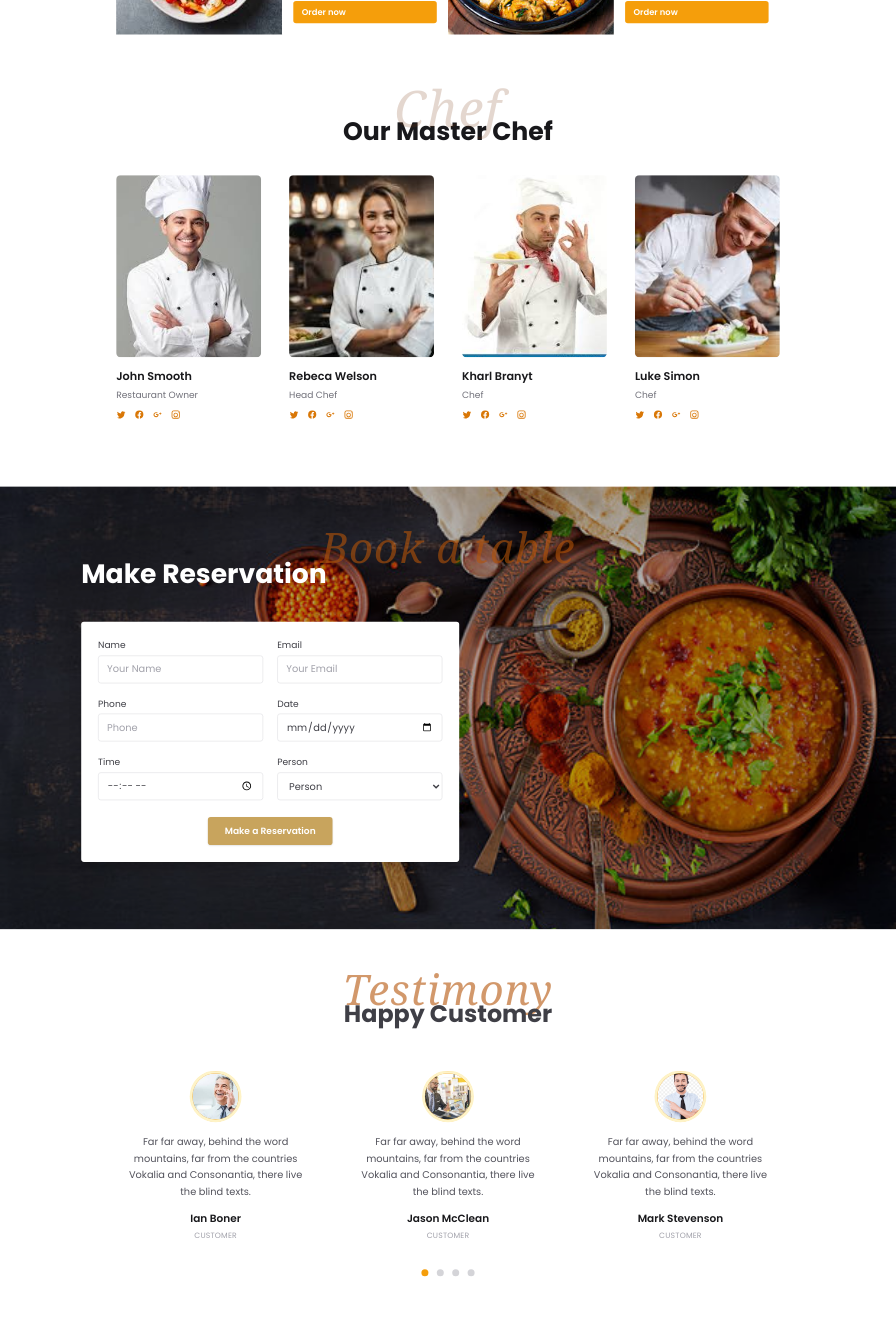
Repository: Purniagithub/Benttacproject
Page: /
The author's editor kept a copy of each file at every save. The page is drawn from the files as they stood at one save, then again after the next save.
The browser window is 1280 px wide. The pictures show the part of the page from y = 2415 to 4335 px (the page is 4335 px tall before and 4299 px after), at 70% of full size.
Some web fonts or font styles are not loaded; a fallback is used. The project was rebuilt for these pictures with package versions that can differ from the ones it lists, and the page was loaded fresh each time. Also part of the build but not shown: vite.config.js.

Above is the page before, as saved 2025-08-21 19:52:36.

### index.html
<!doctype html>
<html lang="en">
  <head>
    <meta charset="UTF-8" />
    <link rel="icon" type="image/svg+xml" href="/vite.svg" />
    <link href="https://fonts.googleapis.com/css2?family=Playfair+Display:ital,wght@1,500&family=Poppins:wght@400;600;700&display=swap" rel="stylesheet">
    <link rel="preconnect" href="https://fonts.gstatic.com" crossorigin>
<link href="https://fonts.googleapis.com/css2?family=Playfair+Display:ital,wght@1,400;1,600&display=swap" rel="stylesheet">

    <meta name="viewport" content="width=device-width, initial-scale=1.0" />
    <title>Vite + React</title>
  </head>
  <body>
    <div id="root"></div>
    <script type="module" src="/src/main.jsx"></script>
  </body>
</html>

### src/App.jsx
import React from "react";
import Navbar from "./components/Navbar";
import Hero from "./components/Hero";

function App() {
  return (
    <div className="font-poppins">
      <Navbar />
      <Hero />
    </div>
  );
}

export default App;

### src/components/Navbar.jsx
import React from "react";

const Navbar = () => {
  return (
    <header className="absolute top-0 left-0 w-full z-50">
      {/* Top bar */}
      <div className="flex justify-between items-center bg-black bg-opacity-70 text-white text-sm px-6 py-2">
        <div className="flex space-x-6">
          <span>📞 +1235 2355 98</span>
          <span>✉️ youremail@email.com</span>
        </div>
        <span>Open hours: Monday - Sunday 8:00AM - 9:00PM</span>
      </div>

      {/* Main Navbar */}
      <nav className="flex justify-between items-center bg-black bg-opacity-60 text-white px-8 py-4">
        <h1 className="text-xl font-bold">Feliciano</h1>
        <ul className="flex space-x-8 font-medium">
          <li><a href="#" className="hover:text-yellow-400">Home</a></li>
          <li><a href="#" className="hover:text-yellow-400">About</a></li>
          <li><a href="#" className="hover:text-yellow-400">Menu</a></li>
          <li><a href="#" className="hover:text-yellow-400">Stories</a></li>
          <li><a href="#" className="hover:text-yellow-400">Contact</a></li>
        </ul>
        <button className="bg-yellow-600 hover:bg-yellow-700 px-5 py-2 rounded text-black font-semibold">
          Book a table
        </button>
      </nav>
    </header>
  );
};

export default Navbar;

### src/components/Hero.jsx
import React from "react";
import AboutSection from "../components/AboutSection";
import CateringServices from "./CateringServices";
import MenuTightGrid from "../components/MenuTightGrid";
import MasterChef from "../components/MasterChef";
import ReservationTestimonials from "../components/ReservationTestimonials";
const dishes = [
  { id: 1, name: "Grilled Beef with potatoes", desc: "Meat, Potatoes, Rice, Tomato", img: "/dish-1.jpeg" },
  { id: 2, name: "Grilled Beef with potatoes", desc: "Meat, Potatoes, Rice, Tomato", img: "/dish-2.jpeg" },
  { id: 3, name: "Grilled Beef with potatoes", desc: "Meat, Potatoes, Rice, Tomato", img: "/dish-3.jpeg" },
  { id: 4, name: "Grilled Beef with potatoes", desc: "Meat, Potatoes, Rice, Tomato", img: "/dish-4.jpeg" },
];

const Hero = () => {
  return (
    <>
    <section
      className="relative h-[80vh] bg-cover bg-center flex flex-col justify-center items-center text-white px-4"
      style={{ backgroundImage: "url('/img-4.jpeg')" }}
    >
      {/* Dark overlay */}
      <div className="absolute inset-0 bg-black/70"></div>

      {/* Headings */}
      <div className="relative z-10 text-center mt-20 md:mt-32 lg:mt-40">
        <h2 className="text-3xl md:text-4xl lg:text-5xl font-serif italic text-[#CDA45E]">
          Feliciano
        </h2>
        <h1 className="text-4xl md:text-5xl lg:text-7xl font-extrabold tracking-wide mt-3 md:mt-4 uppercase">
          Best Restaurant
        </h1>
      </div>

      {/* Dish Cards */}
      <div className="relative z-10 grid grid-cols-1 sm:grid-cols-2 md:grid-cols-4 gap-10 md:gap-16 lg:gap-20 mt-16 md:mt-24 lg:mt-32">
        {dishes.map((dish) => (
          <div key={dish.id} className="text-center max-w-[220px] mx-auto">
            <img
              src={dish.img}
              alt={dish.name}
              className="w-24 h-24 md:w-28 md:h-28 object-cover rounded-full mx-auto border-4 border-white shadow-lg"
            />
            <h3 className="mt-3 font-semibold text-base md:text-lg whitespace-nowrap">
              {dish.name}
            </h3>
            <p className="text-xs md:text-sm text-gray-300">{dish.desc}</p>
          </div>
        ))}
      </div>
    </section>
     {/* Other sections */}
     <AboutSection />
     <CateringServices />
     <MenuTightGrid tileHeight={210} containerWidth={980} />
     <MasterChef />
     <ReservationTestimonials />

</>
  );
};

export default Hero;

### src/components/AboutSection.jsx
// src/components/AboutSection.jsx
import React from "react";

export default function AboutSection() {
  return (
    <section className="w-full bg-white py-16">
      <div className="max-w-5xl mx-auto text-center">
        {/* Top Grid (Images + Content) */}
        <div className="grid grid-cols-1 lg:grid-cols-2 gap-8 items-center">
          {/* Left Images */}
          <div className="flex justify-center gap-4">
            <img
              src="/chef-1.jpeg"
              alt="Chef serving"
              className="shadow-md object-cover h-[280px] w-[180px]"
            />
            <img
              src="/chef-5.jpeg"
              alt="Cooking food"
              className="shadow-md object-cover h-[280px] w-[180px] mt-8"
            />
          </div>

          {/* Right Content */}
          <div className="text-left lg:text-left">
            <h3 className="text-lg font-serif italic text-[#CDA45E] relative mb-2">
              <span className="absolute -left-6 top-0 text-5xl text-gray-200 opacity-40">
                About
              </span>
              About Us
            </h3>
            <h2 className="text-4xl font-bold text-gray-900 mb-4 tracking-wide">
              Feliciano Restaurant
            </h2>
            <p className="text-gray-600 mb-4 leading-relaxed">
              A small river named Duden flows by their place and supplies it
              with the necessary regelialia. It is a paradisematic country, in
              which roasted parts of sentences fly into your mouth.
            </p>

            <p className="text-gray-700 mb-2">
              Mon - Fri <span className="font-bold">8 AM - 11 PM</span>
            </p>
            <p className="text-2xl font-bold text-[#CDA45E]">
              +1-978-123-4567
            </p>
          </div>
        </div>

        {/* Stats Section */}
        <div className="grid grid-cols-2 sm:grid-cols-5 gap-4 mt-16 pt-10">
          <div className="text-center">
            <h4 className="text-3xl font-bold text-[#CDA45E]">18</h4>
            <p className="text-sm text-gray-600">Years of Experience</p>
          </div>
          <div className="text-center">
            <h4 className="text-3xl font-bold text-[#CDA45E]">100</h4>
            <p className="text-sm text-gray-600">Menus/Dish</p>
          </div>
          <div className="text-center">
            <h4 className="text-3xl font-bold text-[#CDA45E]">50</h4>
            <p className="text-sm text-gray-600">Staffs</p>
          </div>
          <div className="text-center">
            <h4 className="text-3xl font-bold text-[#CDA45E]">15,000</h4>
            <p className="text-sm text-gray-600">Happy Customers</p>
          </div>
          <div className="text-center text-xs line-clamp-5">
            <p className="text-xs text-gray-600">A small river named Duden flows by their place and supplies it
              with the necessary regelialia. It is a paradisematic country, in
              which roasted parts of sentences fly into your mouth.</p>
          </div>
        </div>
      </div>
    </section>
  );
}

### src/components/CateringServices.jsx
import React from "react";

function IconCake(props) {
  return (
    <svg viewBox="0 0 24 24" aria-hidden="true" {...props}>
      <g fill="none" stroke="currentColor" strokeWidth="1.6" strokeLinecap="round" strokeLinejoin="round">
        <path d="M12 3v3" />
        <path d="M9 6a3 3 0 1 0 6 0" />
        <path d="M6 12h12" />
        <path d="M6 12v7a2 2 0 0 0 2 2h8a2 2 0 0 0 2-2v-7" />
      </g>
    </svg>
  );
}

function IconMeeting(props) {
  return (
    <svg viewBox="0 0 24 24" aria-hidden="true" {...props}>
      <g fill="none" stroke="currentColor" strokeWidth="1.6" strokeLinecap="round" strokeLinejoin="round">
        <path d="M7 7h10M7 12h7" />
        <path d="M3 18a2 2 0 0 0 2 2h14a2 2 0 0 0 2-2V6a2 2 0 0 0-2-2H5a2 2 0 0 0-2 2z" />
      </g>
    </svg>
  );
}

function IconCloche(props) {
  return (
    <svg viewBox="0 0 24 24" aria-hidden="true" {...props}>
      <g fill="none" stroke="currentColor" strokeWidth="1.6" strokeLinecap="round" strokeLinejoin="round">
        <path d="M12 7a1.5 1.5 0 1 0 0-3 1.5 1.5 0 0 0 0 3z" />
        <path d="M4 16a8 8 0 1 1 16 0" />
        <path d="M4 16h16" />
      </g>
    </svg>
  );
}

const cards = [
  {
    title: "Birthday Party",
    text:
      "Even the all‑powerful Pointing has no control about the blind texts it is an almost unorthographic.",
    Icon: IconCake,
  },
  {
    title: "Business Meetings",
    text:
      "Even the all‑powerful Pointing has no control about the blind texts it is an almost unorthographic.",
    Icon: IconMeeting,
  },
  {
    title: "Wedding Party",
    text:
      "Even the all‑powerful Pointing has no control about the blind texts it is an almost unorthographic.",
    Icon: IconCloche,
  },
];

export default function CateringServices({
  id = "services",
  heading = "Catering Services",
  accent = "Services",
}) {
  return (
    <section id={id} className="relative isolate bg-gray-50 py-24 sm:py-28">
      {/* Accent word behind heading */}
      <div aria-hidden className="pointer-events-none absolute inset-x-0 -top-1 sm:top-0 text-center">
        <span className="select-none font-serif italic tracking-wide text-amber-900/15 text-7xl sm:text-8xl md:text-[96px] leading-none">
          {accent}
        </span>
      </div>

      <div className="mx-auto max-w-[1200px] px-4">
        {/* Main heading */}
        <h2 className="text-center text-[34px] sm:text-[38px] md:text-[44px] font-extrabold tracking-tight text-zinc-900 -mt-12">
          {heading}
        </h2>

        {/* Cards */}
        <div className="mt-14 grid grid-cols-1 md:grid-cols-3 gap-12 md:gap-16">
          {cards.map(({ title, text, Icon }) => (
            <article key={title} className="text-center">
              <div className="mx-auto mb-6 flex h-16 w-16 items-center justify-center rounded-full bg-amber-50 ring-1 ring-amber-100 text-amber-600">
                <Icon className="h-8 w-8" />
              </div>
              <h3 className="text-[20px] font-semibold text-zinc-900">{title}</h3>
              <p className="mt-3 mx-auto max-w-[340px] text-[15px] leading-7 text-zinc-500">
                {text}
              </p>
            </article>
          ))}
        </div>
      </div>
    </section>
  );
}

### src/components/MenuTightGrid.jsx
import React from "react";

const tiles = [
  // Row 1
  { type: "image", src: "/dish-1.jpeg", alt: "Dish 1" },
  { type: "card",  title: "Grilled Beef\nwith potatoes", price: 29, lines: ["Meat, Potatoes, Rice,", "Tomatoe"] },
  { type: "image", src: "/dish-2.jpeg", alt: "Dish 2" },
  { type: "card",  title: "Grilled Beef\nwith potatoes", price: 29, lines: ["Meat, Potatoes, Rice,", "Tomatoe"] },
  // Row 2
  { type: "card",  title: "Grilled Beef\nwith potatoes", price: 29, lines: ["Meat, Potatoes, Rice,", "Tomatoe"] },
  { type: "image", src: "/dish-3.jpeg", alt: "Dish 3" },
  { type: "card",  title: "Grilled Beef\nwith potatoes", price: 29, lines: ["Meat, Potatoes, Rice,", "Tomatoe"] },
  { type: "image", src: "/dish-4.jpeg", alt: "Dish 5" },
  // Row 3
  { type: "image", src: "/dish-5.jpeg", alt: "Dish 6" },
  { type: "card",  title: "Grilled Beef\nwith potatoes", price: 29, lines: ["Meat, Potatoes, Rice,", "Tomatoe"] },
  { type: "image", src: "/dish-6.jpeg", alt: "Dish 6" },
  { type: "card",  title: "Grilled Beef\nwith potatoes", price: 29, lines: ["Meat, Potatoes, Rice,", "Tomatoe"] },
];

function Price({ value }) {
  return <span className="text-[16px] font-semibold text-amber-600">{`$${value}`}</span>;
}

function OrderBtn() {
  return (
    <button className="inline-flex h-8 items-center rounded bg-amber-500 px-3 text-xs font-semibold text-white hover:bg-amber-600">
      Order now
    </button>
  );
}

function Card({ title, price, lines }) {
  return (
    // NO outer padding or margin; fill the grid cell entirely
    <div className="h-full w-full bg-white">
      {/* Internal spacing for the card content only */}
      <article className="flex h-full w-full flex-col justify-between p-4">
        <div>
          <div className="flex items-start justify-between gap-3">
            <h3 className="whitespace-pre-line text-[16px] font-semibold leading-6 text-zinc-900">
              {title}
            </h3>
            <Price value={price} />
          </div>
          <ul className="mt-2 space-y-0.5 text-[13px] leading-6 text-zinc-600">
            {lines.map((t, i) => (
              <li key={i}>{t}</li>
            ))}
          </ul>
        </div>
        <OrderBtn />
      </article>
    </div>
  );
}

function TileImage({ src, alt }) {
  return (
    // NO padding/margin; image covers the tile
    <div className="h-full w-full">
      <img src={src} alt={alt} className="h-full w-full object-cover" loading="lazy" />
    </div>
  );
}

export default function MenuTightGrid({
  id = "menu",
  heading = "Our Menu",
  accent = "Specialties",
  data = tiles,
  // Adjust these two to tune exact size
  tileHeight = 210,      // each tile’s fixed height (px)
  containerWidth = 980,  // overall section width (px)
}) {
  return (
    <section id={id} className="relative isolate bg-white py-14">
      {/* Accent script word behind heading */}
      <div aria-hidden className="pointer-events-none absolute inset-x-0 top-1 text-center">
        <span className="select-none font-serif italic text-[60px] md:text-[72px] leading-none tracking-wide text-amber-900/20">
          {accent}
        </span>
      </div>

      <div className="mx-auto px-4" style={{ maxWidth: `${containerWidth}px` }}>
        <h2 className="text-center text-[30px] md:text-[34px] font-extrabold leading-tight text-zinc-900 -mt-2">
          {heading}
        </h2>

        {/* 4-column grid — zero gap, zero padding */}
        <div className="mt-8 grid grid-cols-4 gap-0">
          {data.map((t, i) => (
            <div key={i} className="m-0 p-0" style={{ height: `${tileHeight}px` }}>
              {t.type === "card" ? (
                <Card title={t.title} price={t.price} lines={t.lines} />
              ) : (
                <TileImage src={t.src} alt={t.alt} />
              )}
            </div>
          ))}
        </div>
      </div>
    </section>
  );
}

### src/components/ReservationTestimonials.jsx
import React from "react";

// Placeholder image paths
const AV1 = "/customer-1.jpeg";
const AV2 = "/customer-2.jpeg";
const AV3 = "/customer-3.png";

/**
 * Renders the large, italicized accent text for section headers.
 */
function Accent({ text, className = "" }) {
  return (
    <div
      aria-hidden
      className={`pointer-events-none absolute inset-x-0 -top-10 text-center ${className}`}
    >
      <span className="select-none font-serif italic text-amber-700/60 leading-none tracking-wide text-[52px] sm:text-[60px]">
        {text}
      </span>
    </div>
  );
}

/** Input field */
function Input({ placeholder, type = "text" }) {
  return (
    <input
      type={type}
      placeholder={placeholder}
      className="h-10 w-full rounded border border-zinc-200 bg-white px-3 text-[14px] text-zinc-700 outline-none placeholder:text-zinc-400 focus:border-amber-400"
    />
  );
}

/** Select dropdown */
function Select({ placeholder }) {
  return (
    <select
      className="h-10 w-full rounded border border-zinc-200 bg-white px-3 text-[14px] text-zinc-700 outline-none focus:border-amber-400"
      defaultValue=""
    >
      <option value="" disabled>
        {placeholder}
      </option>
      <option>1 Person</option>
      <option>2 Person</option>
      <option>3 Person</option>
      <option>4 Person</option>
      <option>5+ Person</option>
    </select>
  );
}

/** Reservation form card */
function ReservationCard() {
  return (
    <div className="relative w-[540px] max-w-[92vw] rounded bg-white p-6 shadow-xl">
      <div className="grid grid-cols-2 gap-5">
        <div>
          <label className="mb-1 block text-[13px] font-medium text-zinc-700">
            Name
          </label>
          <Input placeholder="Your Name" />
        </div>
        <div>
          <label className="mb-1 block text-[13px] font-medium text-zinc-700">
            Email
          </label>
          <Input type="email" placeholder="Your Email" />
        </div>

        <div>
          <label className="mb-1 block text-[13px] font-medium text-zinc-700">
            Phone
          </label>
          <Input placeholder="Phone" />
        </div>
        <div>
          <label className="mb-1 block text-[13px] font-medium text-zinc-700">
            Date
          </label>
          <Input type="date" />
        </div>

        <div>
          <label className="mb-1 block text-[13px] font-medium text-zinc-700">
            Time
          </label>
          <Input type="time" />
        </div>
        <div>
          <label className="mb-1 block text-[13px] font-medium text-zinc-700">
            Person
          </label>
          <Select placeholder="Person" />
        </div>
      </div>

      <div className="mt-6 flex justify-center">
        <button className="h-10 rounded bg-[#C8A45D] px-6 text-[13px] font-semibold text-white shadow hover:bg-[#b28d4f]">
          Make a Reservation
        </button>
      </div>
    </div>
  );
}

/** Testimonial card */
function TestiCard({ img, name, role, text }) {
  return (
    <article className="shrink-0 snap-center text-center">
      <div className="mx-auto mb-4 h-[72px] w-[72px] rounded-full bg-amber-500 p-[3px]">
        <div className="h-full w-full overflow-hidden rounded-full ring-4 ring-amber-100">
          <img src={img} alt={name} className="h-full w-full object-cover" />
        </div>
      </div>
      <p className="mx-auto mb-4 max-w-[260px] text-[14px] leading-6 text-zinc-600">
        {text}
      </p>
      <h4 className="text-[15px] font-semibold text-zinc-900">{name}</h4>
      <p className="mt-1 text-[11px] uppercase tracking-wide text-zinc-400">
        {role}
      </p>
    </article>
  );
}

/** Main Section */
export default function ReservationTestimonials() {
  return (
    <section className="bg-white">
      {/* Reservation Section */}
      <div
        className="relative bg-zinc-900"
        style={{
          backgroundImage: `url('/dish-13.jpg')`,
          backgroundSize: "cover",
          backgroundPosition: "center",
        }}
      >
        <div className="absolute inset-0 bg-black/30" />
        <div className="relative mx-auto max-w-[1080px] px-4 py-20 sm:py-24">
          {/* Text on top */}
          <div className="relative mb-10">
            <Accent text="Book a table" />
            <h2 className="relative text-center sm:text-left text-[36px] sm:text-[38px] font-extrabold text-white">
              Make Reservation
            </h2>
          </div>

          {/* Form aligned left */}
          <div className="relative flex justify-start">
            <ReservationCard />
          </div>
        </div>
      </div>

      {/* Testimonials */}
      <div className="relative mx-auto max-w-[980px] px-4 py-20 sm:py-24">
        <div className="relative text-center mb-14">
          <Accent text="Testimony" />
          <h2 className="relative text-[30px] sm:text-[34px] font-bold text-zinc-700">
            Happy Customer
          </h2>
        </div>

        {/* Cards scrollable */}
        <div className="flex snap-x snap-mandatory gap-12 overflow-x-auto sm:grid sm:grid-cols-3 sm:overflow-x-hidden">
          <TestiCard
            img={AV1}
            name="Ian Boner"
            role="Customer"
            text="Far far away, behind the word mountains, far from the countries Vokalia and Consonantia, there live the blind texts."
          />
          <TestiCard
            img={AV2}
            name="Jason McClean"
            role="Customer"
            text="Far far away, behind the word mountains, far from the countries Vokalia and Consonantia, there live the blind texts."
          />
          <TestiCard
            img={AV3}
            name="Mark Stevenson"
            role="Customer"
            text="Far far away, behind the word mountains, far from the countries Vokalia and Consonantia, there live the blind texts."
          />
        </div>

        {/* Dots */}
        <div className="mt-10 flex justify-center gap-3">
          <span className="h-2.5 w-2.5 rounded-full bg-amber-500" />
          <span className="h-2.5 w-2.5 rounded-full bg-zinc-300" />
          <span className="h-2.5 w-2.5 rounded-full bg-zinc-300" />
          <span className="h-2.5 w-2.5 rounded-full bg-zinc-300" />
        </div>
      </div>
    </section>
  );
}

Loaded but not shown: src/main.jsx (common file); src/index.css (common file); tailwind.config.js (15 lines, source omitted); src/components/MasterChef.jsx (111 lines, source omitted)

After the next save:
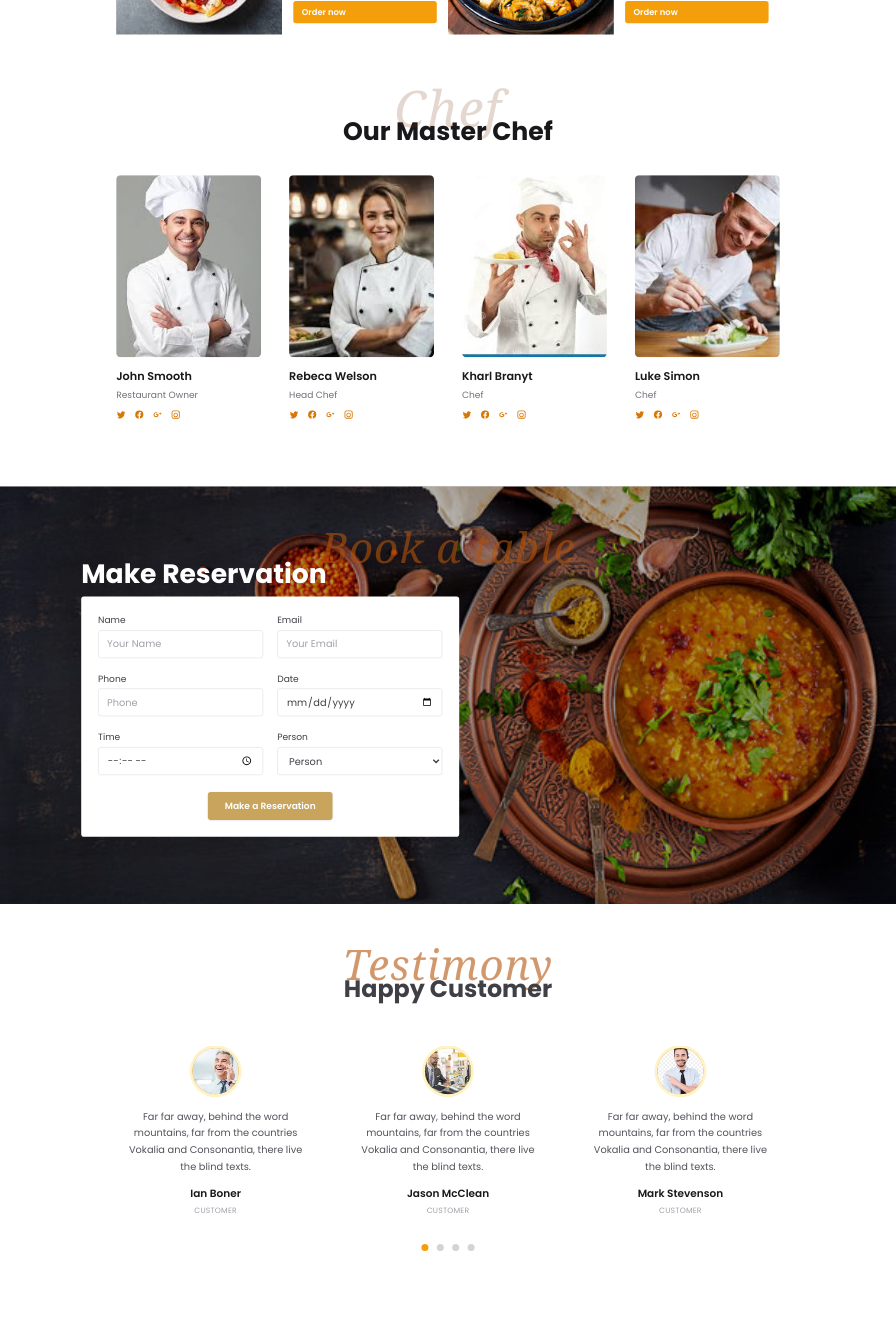
Saved 95 s later.
--- a/src/components/ReservationTestimonials.jsx
+++ b/src/components/ReservationTestimonials.jsx
@@ -141,7 +141,7 @@ export default function ReservationTestimonials() {
         <div className="absolute inset-0 bg-black/30" />
         <div className="relative mx-auto max-w-[1080px] px-4 py-20 sm:py-24">
           {/* Text on top */}
-          <div className="relative mb-10">
+          <div className="relative mb-1">
             <Accent text="Book a table" />
             <h2 className="relative text-center sm:text-left text-[36px] sm:text-[38px] font-extrabold text-white">
               Make Reservation
